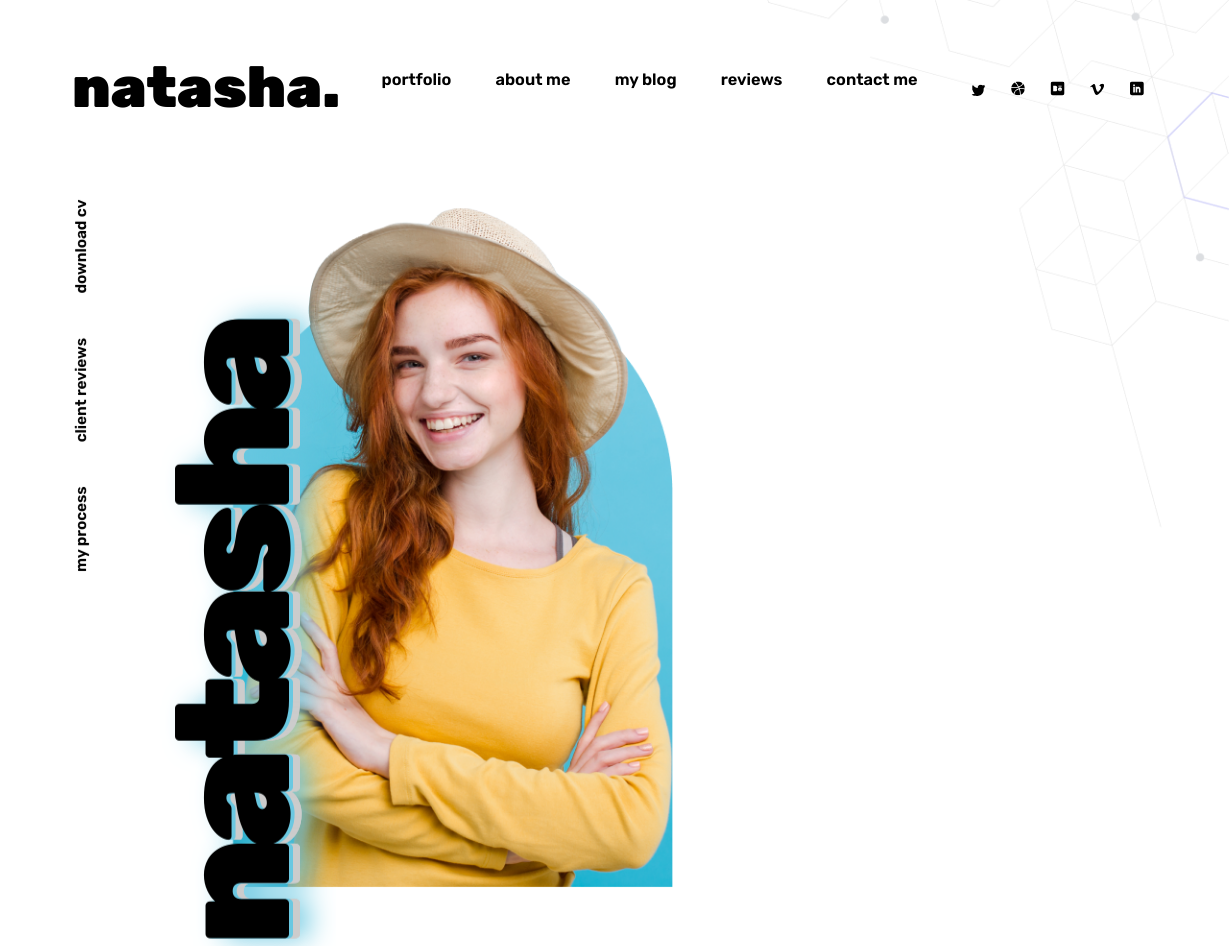
Repository: BuduCE/landing-page
Page: natasha-lp/index.html
The author's editor kept a copy of each file at every save. The page is drawn from the files as they stood at one save, then again after a run of saves.
The browser window is 1280 px wide. The pictures show the whole page, at 96% of full size.

Above is the page before, as saved 2022-03-04 22:48:42.

After the next 8 saves:
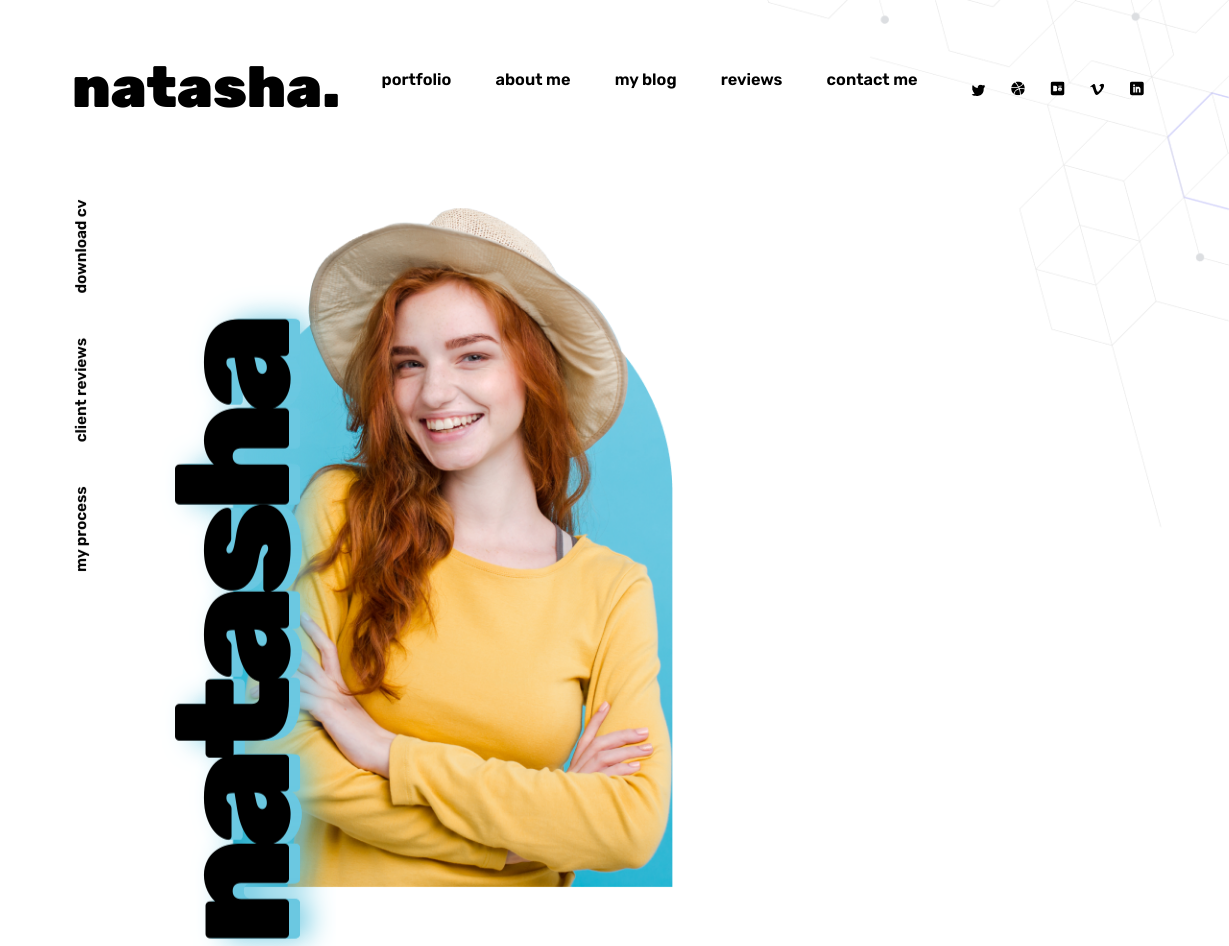
The 8 saves are shown as one change because they came seconds apart.
The last was saved 25 s later.
--- a/natasha-lp/assets/css/style.css
+++ b/natasha-lp/assets/css/style.css
@@ -101,10 +101,10 @@ header {
     letter-spacing: -0.7rem;
     text-shadow: 0 1px 0 #6BC8E1, 0 2px 0 #6BC8E1,
                      0 3px 0 #6BC8E1, 0 4px 0 #6BC8E1,
-                     0 5px 0 #ccc, 0 6px 0 #ccc,
-                     0 7px 0 #ccc, 0 8px 0 #ccc,
-                     0 9px 0 #ccc, 0 10px 0 #ccc,
-                     0 11px 0 #ccc, 0 12px 0 #ccc,
+                     0 5px 0 #6BC8E1, 0 6px 0 #6BC8E1,
+                     0 7px 0 #6BC8E1, 0 8px 0 #6BC8E1,
+                     0 9px 0 #6BC8E1, 0 10px 0 #6BC8E1,
+                     0 11px 0 #6BC8E1, 0 12px 0 #6BC8E1,
                      0 20px 30px rgba(107, 200, 225, 1);
                      ;
 }
